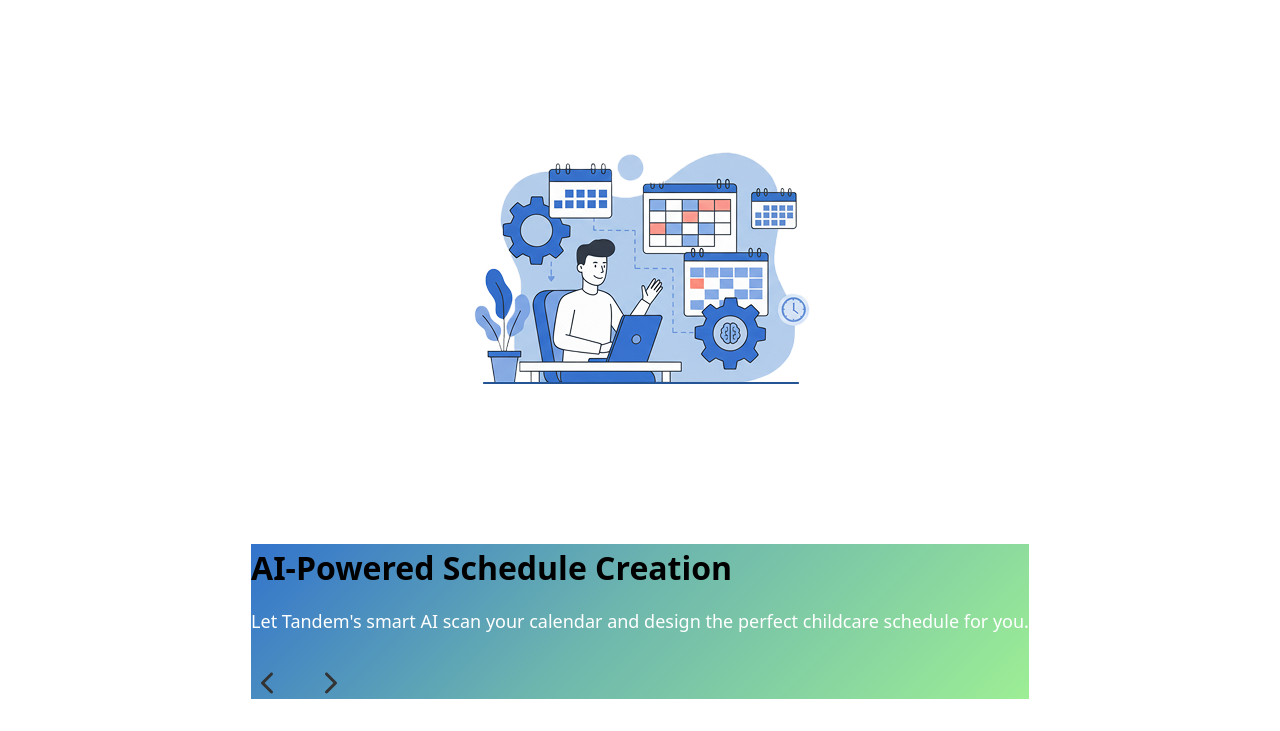
Repository: IDSP-TRADECARE/Tandem
Page: /boarding/features
The author's editor kept a copy of each file at every save. The page is drawn from the files as they stood at one save, then again after the next save.
The browser window is 1280 px wide. The pictures show the whole page.
The page's requests for data from a server got no answer. Some web fonts or font styles are not loaded; a fallback is used. The project was rebuilt for these pictures with package versions that can differ from the ones it lists, and the page was loaded fresh each time. Some packages were replaced by stand-ins written for this rebuild. The framework's server and built-in components were replaced by stand-ins that run in the browser. No one was signed in, and anything a server would have sent is missing. Also part of the build but not shown: next.config.ts, src/app/components/auth/AuthGuard.tsx.

Above is the page before, as saved 2025-11-22 22:15:41.

After the next save:
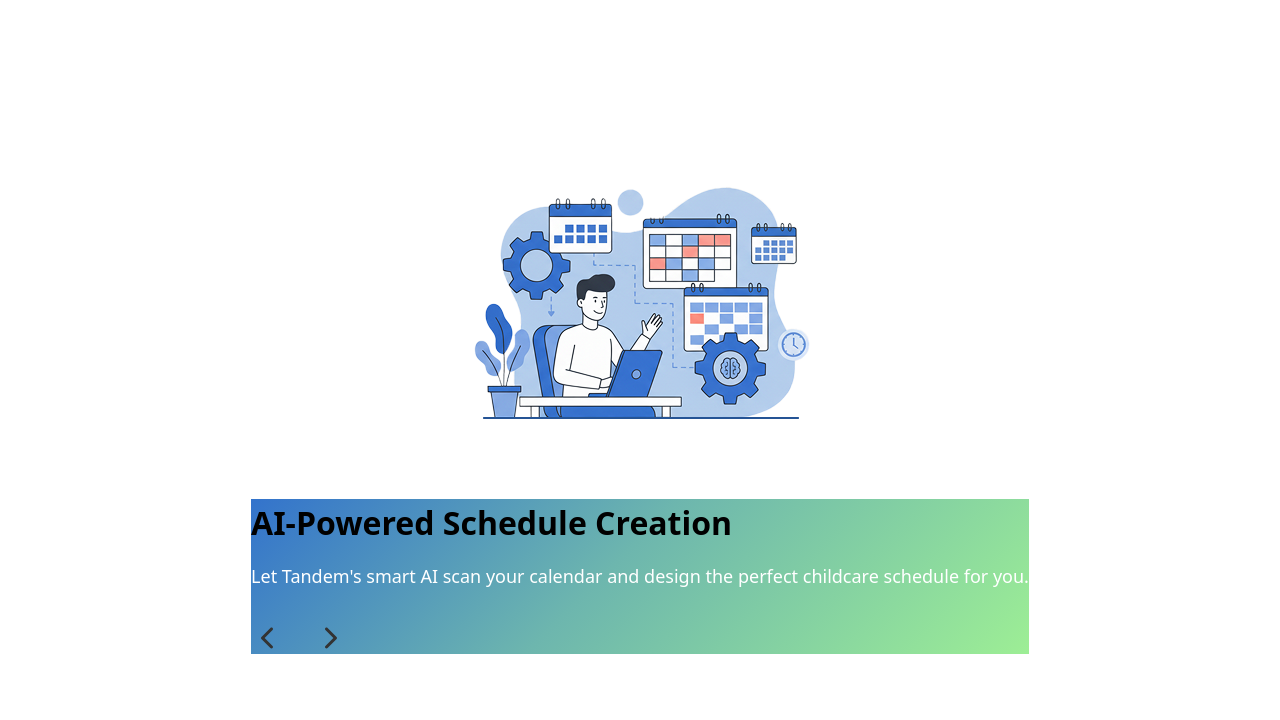
Saved 4 s later.
--- a/src/app/boarding/features/features.module.css
+++ b/src/app/boarding/features/features.module.css
@@ -11,7 +11,6 @@
 
 .contentButtons {
     background: linear-gradient(135deg, #3373cc 0%, #6db6ae 46%, #9dee95 100%);
-    margin-top: 5rem;
 }
 
 .container {
